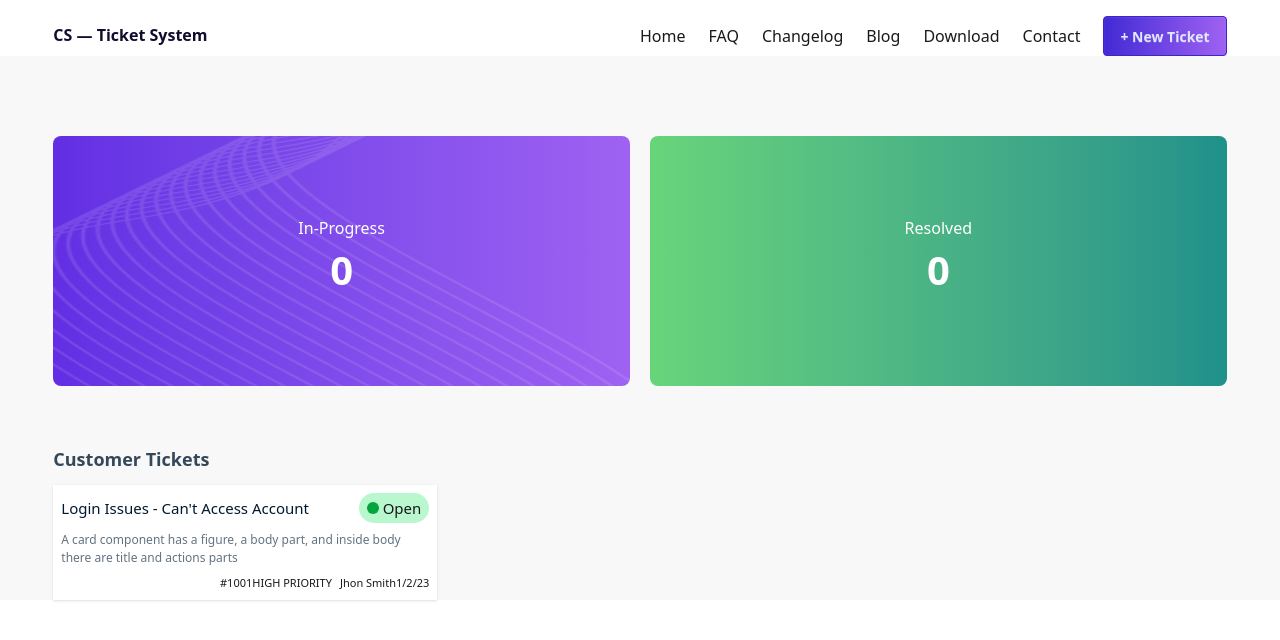
Repository: SanjidaSnigdha/Customer-Support-Zone
Page: /
An editor plug-in stored every save of this project. The page is shown before and after the next save, followed by the edit.
The browser window is 1280 px wide. The pictures show the whole page.
The project was rebuilt for these pictures with package versions that can differ from the ones it lists, and the page was loaded fresh each time. Also part of the build but not shown: vite.config.js, src/App.css.

Above is the page before, as saved 2026-03-24 04:11:46.

### index.html
<!doctype html>
<html lang="en">
  <head>
    <meta charset="UTF-8" />
    <link rel="icon" type="image/svg+xml" href="/favicon.svg" />
    <meta name="viewport" content="width=device-width, initial-scale=1.0" />
    <title>customer-support-zone</title>
  </head>
  <body>
    <div id="root"></div>
    <script type="module" src="/src/main.jsx"></script>
  </body>
</html>

### src/index.css
 @import "tailwindcss";
 @plugin "daisyui" {
  themes: light --default, dark --prefersdark;
  themes: light --default;
 }

### src/App.jsx
import { Suspense, useState } from 'react'
import './App.css'
import Navbar from './component/Navbar/Navbar'
import Banner from './component/Banner/Banner'
import CustomerTickets from './component/CustomerTickets/CustomerTickets'

const fetchTickets = async()=>{
  const res = await fetch("/customers.json")
  return res.json()
}

function App() {
  const customerPromise = fetchTickets()

  return (
    <>
    <div className='flex flex-col'>
   <Navbar></Navbar>
   <div className='flex-1 bg-base-200'>
    <Banner></Banner>
    <Suspense fallback={<span className="loading loading-spinner loading-xl"></span>
}>
          <CustomerTickets customerPromise={customerPromise}></CustomerTickets>

    </Suspense>
   </div>
   </div>

    </>
  )
}

export default App

### src/component/Navbar/Navbar.jsx
import React from 'react';

const Navbar = () => {
    return (
        <div className='flex justify-between w-11/12 mx-auto mt-4'>
            <div className='navbar-start'>
                <h1 className='w-[833px] h-[26px] font-bold text-[#130B2D]'>CS — Ticket System</h1>
            </div>
            <div className='navbar-end justify-between gap-3 text-[#000000]/90'>
                <a>Home</a>
                <a>FAQ</a>
                <a>Changelog</a>
                <a>Blog</a>
                <a>Download</a>
                <a>Contact</a>
         <button className='btn btn-primary bg-gradient-to-r from [#632EE3] to-[#9F62F2]'>+ New Ticket</button>
            </div>
        </div>
    );
};

export default Navbar;

### src/component/Banner/Banner.jsx
import React from 'react';
import vectorImg1 from '../../assets/vector1.png'
import vectorImg2 from '../../assets/vector2.png'

const Banner = () => {
    return (
        <div className='flex justify-between w-11/12 mx-auto mt-20 gap-5'>
            <div className='relative'>
             <img src={vectorImg1} alt="" className=' bg-gradient-to-r from-[#632EE3] to-[#9F62F2] w-[700px] h-[250px] rounded-[8px]'/>
             <p className='absolute text-center inset-20 text-[#FFFFFF]'>In-Progress<br /><span className='font-bold text-[#FFFFFF] text-[40px]'>
                0</span></p>

            </div>
            <div className='relative'>
      <img src={vectorImg2} alt="" className='bg-gradient-to-r from-[#54CF68] to-[#00827A] w-[700px] h-[250px] rounded-[8px]'/>
        <p className='absolute text-center inset-20 text-[#FFFFFF]'>Resolved<br /><span className='font-bold text-[#FFFFFF] text-[40px]'>
                0</span></p>

            </div>
        </div>
    );
};

export default Banner;

### src/component/CustomerTickets/CustomerTickets.jsx
import React, { use } from 'react';
import { FontAwesomeIcon } from '@fortawesome/react-fontawesome'
import { faCalenderDays } from '@fortawesome/free-solid-svg-icons'
const CustomerTickets = ({customerPromise}) => {
    const customerTicket = use(customerPromise)
    console.log(customerTicket)
    return (
        <div className='w-11/12 mx-auto'>
        <h1 className='font-semibold text-[#34485A] text-[18px] mt-15'>Customer Tickets</h1>

       <div className="card w-96 bg-base-100 card-xs shadow-sm mt-3 rounded-none">
  <div className="card-body">
    <div className='flex justify-between'>
     <h2 className="card-title text-[#001931] font-medium text-[15px]">Login Issues - Can't Access Account</h2>
     <button className='rounded-4xl bg-[#B9F8CF] w-[70px] h-[30px] flex items-center gap-1 p-2 font-medium text-[15px]'><span className='bg-[#02A53B] rounded-full w-3 h-3'></span>Open</button>

    </div>
    <p className='text-[#627382] text-[12px] font-medium'>A card component has a figure, a body part, and inside body there are title and actions parts</p>
    <div className="justify-end card-actions">
        <div className='flex justify-between'>
        <p>#1001</p>
        <p>HIGH PRIORITY</p>
        </div>
        <div className='flex justify-between'>
            <p>Jhon Smith</p>
            <p><FontAwesomeIcon icon ={faCalenderDays} className='' />1/2/23</p>

        </div>

    </div>
  </div>
</div>
        </div>
    );
};

export default CustomerTickets;

### public/customers.json
[
  {
    "id": 1,
    "title": "Login Issue",
    "description": "Customer unable to login with correct credentials.",
    "customer": "Alice Johnson",
    "priority": "High",
    "status": "Open",
    "createdAt": "2026-03-20T10:15:00Z"
  },
  {
    "id": 2,
    "title": "Payment Failure",
    "description": "Transaction failed while trying to purchase subscription.",
    "customer": "Bob Smith",
    "priority": "High",
    "status": "Pending",
    "createdAt": "2026-03-21T14:22:00Z"
  },
  {
    "id": 3,
    "title": "Feature Request",
    "description": "Request to add dark mode in dashboard.",
    "customer": "Charlie Brown",
    "priority": "Medium",
    "status": "Open",
    "createdAt": "2026-03-22T09:30:00Z"
  },
  {
    "id": 4,
    "title": "Bug in Reports",
    "description": "Monthly report shows incorrect sales numbers.",
    "customer": "Diana Prince",
    "priority": "High",
    "status": "In Progress",
    "createdAt": "2026-03-22T11:45:00Z"
  },
  {
    "id": 5,
    "title": "Password Reset",
    "description": "Customer forgot password and cannot reset it via email.",
    "customer": "Ethan Hunt",
    "priority": "Medium",
    "status": "Resolved",
    "createdAt": "2026-03-23T08:10:00Z"
  },
  {
    "id": 6,
    "title": "Account Deactivation",
    "description": "Customer wants to deactivate account permanently.",
    "customer": "Fiona Gallagher",
    "priority": "Low",
    "status": "Pending",
    "createdAt": "2026-03-23T12:05:00Z"
  },
  {
    "id": 7,
    "title": "App Crash",
    "description": "Mobile app crashes when opening settings page.",
    "customer": "George Martin",
    "priority": "High",
    "status": "Open",
    "createdAt": "2026-03-24T07:50:00Z"
  },
  {
    "id": 8,
    "title": "Invoice Issue",
    "description": "Invoice generated shows wrong billing amount.",
    "customer": "Hannah Lee",
    "priority": "Medium",
    "status": "In Progress",
    "createdAt": "2026-03-24T09:30:00Z"
  },
  {
    "id": 9,
    "title": "Email Notifications",
    "description": "Customer not receiving notification emails.",
    "customer": "Ian Curtis",
    "priority": "Medium",
    "status": "Open",
    "createdAt": "2026-03-24T10:00:00Z"
  },
  {
    "id": 10,
    "title": "Data Export",
    "description": "Unable to export CSV from analytics dashboard.",
    "customer": "Jessica Alba",
    "priority": "Low",
    "status": "Resolved",
    "createdAt": "2026-03-24T11:15:00Z"
  }
]

Loaded but not shown: src/main.jsx (common file)

After the next save:
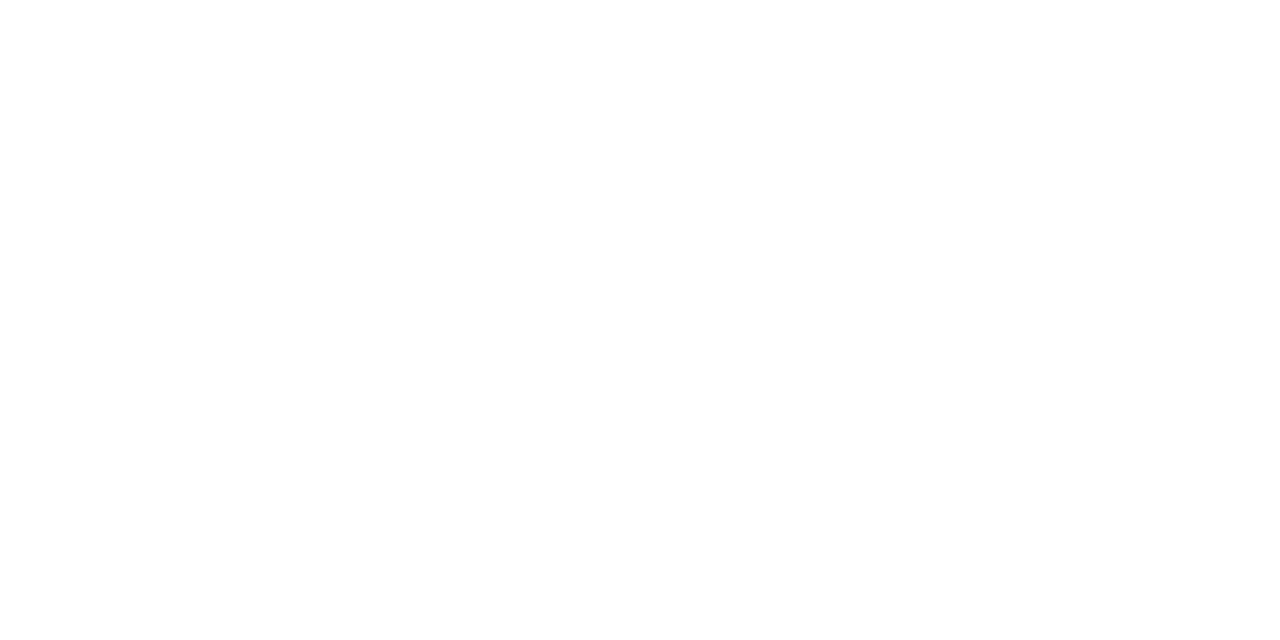
Console error: ReferenceError: faCalenderDays is not defined
Saved 2 min 20 s later.
--- a/src/component/CustomerTickets/CustomerTickets.jsx
+++ b/src/component/CustomerTickets/CustomerTickets.jsx
@@ -1,6 +1,6 @@
 import React, { use } from 'react';
 import { FontAwesomeIcon } from '@fortawesome/react-fontawesome'
-import { faCalenderDays } from '@fortawesome/free-solid-svg-icons'
+import { faCalendarDays } from '@fortawesome/free-solid-svg-icons'
 const CustomerTickets = ({customerPromise}) => {
     const customerTicket = use(customerPromise)
     console.log(customerTicket)

After the save that followed:
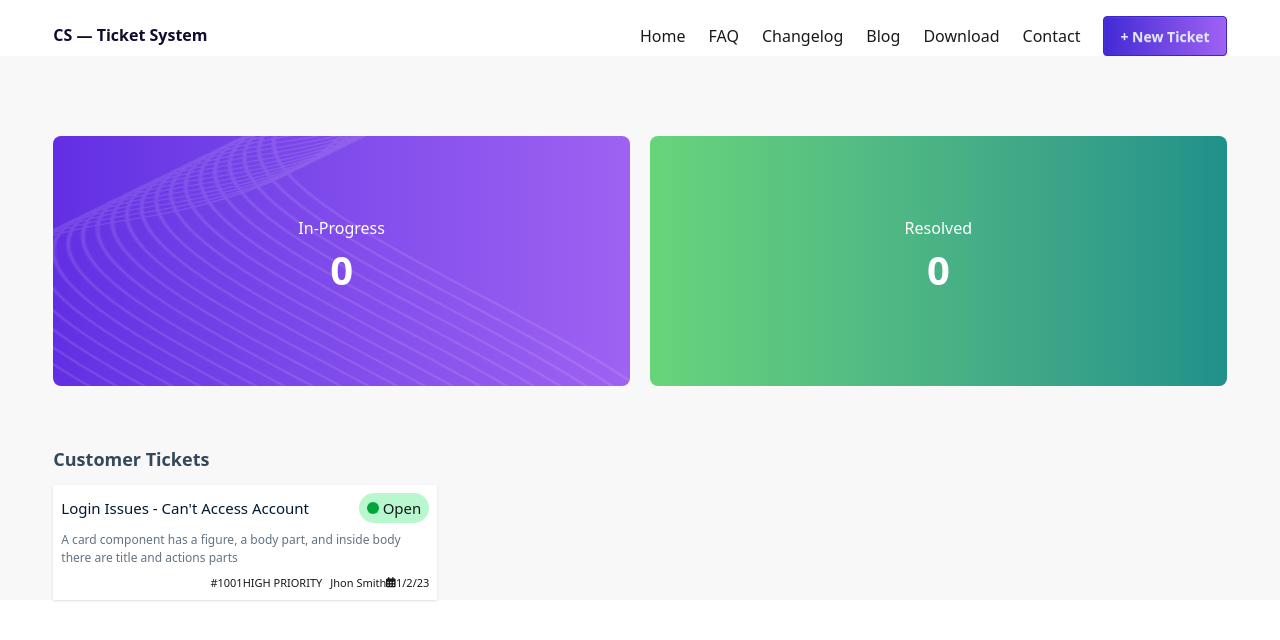
The error is gone.
Saved 14 s later.
--- a/src/component/CustomerTickets/CustomerTickets.jsx
+++ b/src/component/CustomerTickets/CustomerTickets.jsx
@@ -23,7 +23,7 @@
         </div>
         <div className='flex justify-between'>
             <p>Jhon Smith</p>
-            <p><FontAwesomeIcon icon ={faCalenderDays} className='' />1/2/23</p>
+            <p><FontAwesomeIcon icon ={faCalendarDays} className='' />1/2/23</p>
 
         </div>
 
